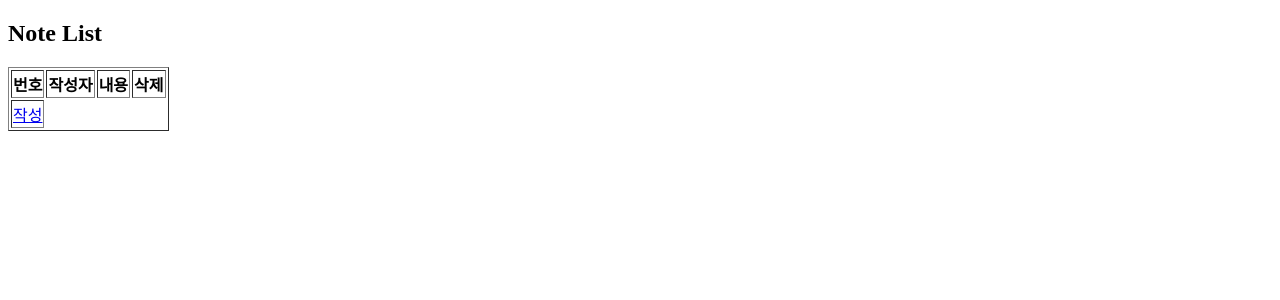
Repository: zboizz/springPractice
Page: http://localhost/springNote/list
The author's editor kept a copy of each file at every save. The page is drawn from the files as they stood at one save, then again after the next save.
The browser window is 1280 px wide. The pictures show the whole page.
The page is served by Tomcat 9. Queries for data that is not in the repository find no rows.

Above is the page before, as saved 2020-01-08 01:48:49.

After the next save:
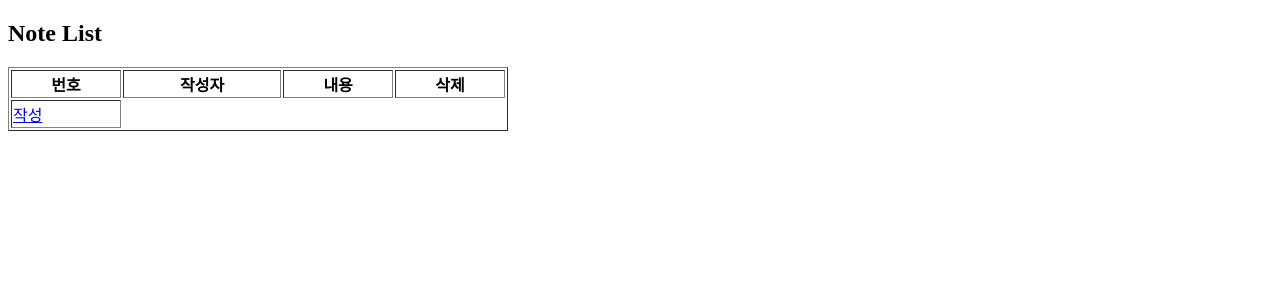
Saved 41 s later.
--- a/springNote/src/main/webapp/WEB-INF/views/noteList.jsp
+++ b/springNote/src/main/webapp/WEB-INF/views/noteList.jsp
@@ -8,7 +8,7 @@
 </head>
 <body>
 <h2>Note List</h2>
-<table border="1">
+<table border="1" width="500">
 	<tr>
 		<th>번호</th>
 		<th>작성자</th>
